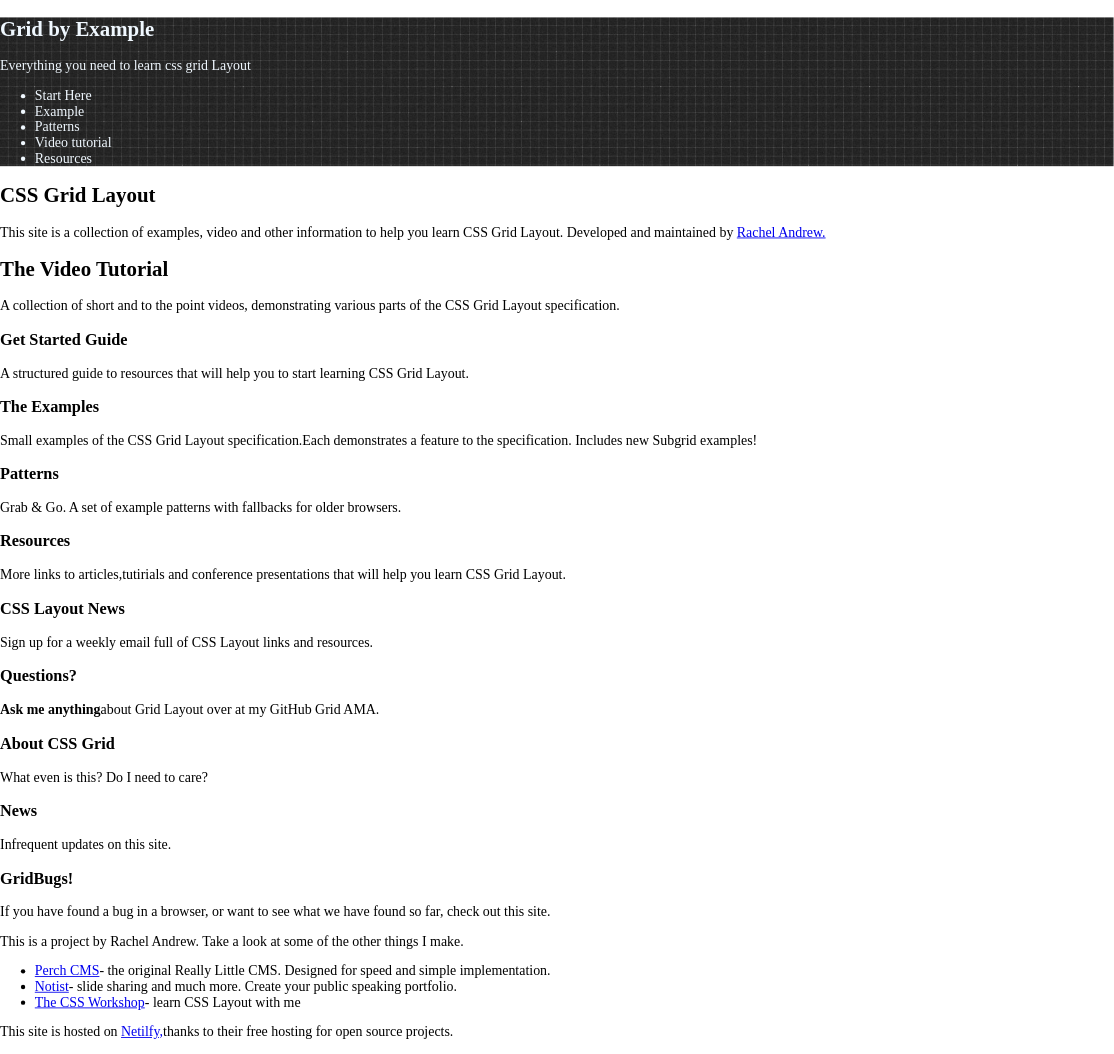
Repository: sitikhusushan/grid
Page: index.html
An editor plug-in stored every save of this project. The page is shown before and after the next save, followed by the edit.
The browser window is 1280 px wide. The pictures show the whole page, at 87% of full size.

Above is the page before, as saved 2020-05-12 13:58:25.

### index.html
<!DOCTYPE html>
<html lang="en">
  <head>
    <meta charset="UTF-8" />
    <meta name="viewport" content="width=device-width, initial-scale=1.0" />
    <title>Grid View</title>
    <link rel="stylesheet" href="style.css" />
  </head>
  <body>
    <div class="header">
      <div class="container">
        <h2>Grid by Example</h2>
        <p>Everything you need to learn css grid Layout</p>
        <ul>
          <li>Start Here</li>
          <li>Example</li>
          <li>Patterns</li>
          <li>Video tutorial</li>
          <li>Resources</li>
        </ul>
      </div>
    </div>
    <div class="layout">
      <div class="container">
        <div class="left">
          <h2>CSS Grid Layout</h2>
          <p>
            This site is a collection of examples, video and other information
            to help you learn CSS Grid Layout. Developed and maintained by
            <a href="#">Rachel Andrew.</a>
          </p>
        </div>
        <div class="right">
          <h2>The Video Tutorial</h2>
          <p>
            A collection of short and to the point videos, demonstrating various
            parts of the CSS Grid Layout specification.
          </p>
        </div>
      </div>
    </div>
    <div class="guide">
      <div class="container">
        <h3>Get Started Guide</h3>
        <p>
          A structured guide to resources that will help you to start learning
          CSS Grid Layout.
        </p>
      </div>
    </div>
    <div class="new">
      <div class="container">
        <div class="left">
          <h3>The Examples</h3>
          <p>
            Small examples of the CSS Grid Layout specification.Each
            demonstrates a feature to the specification. Includes new Subgrid
            examples!
          </p>
        </div>
        <div class="right">
          <h3>Patterns</h3>
          <p>
            Grab & Go. A set of example patterns with fallbacks for older
            browsers.
          </p>
        </div>
      </div>
    </div>
    <div class="resources">
      <div class="container">
        <div class="left">
          <h3>Resources</h3>
          <p>
            More links to articles,tutirials and conference presentations that
            will help you learn CSS Grid Layout.
          </p>
        </div>
        <div class="right">
          <h3>CSS Layout News</h3>
          <p>
            Sign up for a weekly email full of CSS Layout links and resources.
          </p>
        </div>
      </div>
    </div>
    <div class="question">
      <div class="container">
        <div class="left">
          <h3>Questions?</h3>
          <p>
            <b>Ask me anything</b>about Grid Layout over at my GitHub Grid AMA.
          </p>
        </div>
        <div class="middle">
          <h3>About CSS Grid</h3>
          <p>What even is this? Do I need to care?</p>
        </div>
        <div class="right">
          <h3>News</h3>
          <p>Infrequent updates on this site.</p>
        </div>
      </div>
    </div>
    <div class="bugs">
      <div class="container">
        <h3>GridBugs!</h3>
        <p>
          If you have found a bug in a browser, or want to see what we have
          found so far, check out this site.
        </p>
      </div>
    </div>
  <footer>
    <div class="foo">
      <p>This is a project by Rachel Andrew. Take a look at some of the other things I make.
        <ul>
          <li><a href="#">Perch CMS</a>- the original Really Little CMS. Designed for speed and simple implementation.</li>
          <li><a href="#">Notist</a>- slide sharing and much more. Create your public speaking portfolio.</li>
          <li><a href="#">The CSS Workshop</a>- learn CSS Layout with me</li>
        </ul>
        This site is hosted on <a href="#">Netilfy,</a>thanks to their free hosting for open source projects.
      </p>
    </div>
  </footer>
  </body>
</html>

### style.css
body {
  padding: 0px;
  margin: 0px;
}

.header {
  background-image: url("image/inflicted.png");
  color: aliceblue;
}

After the next save:
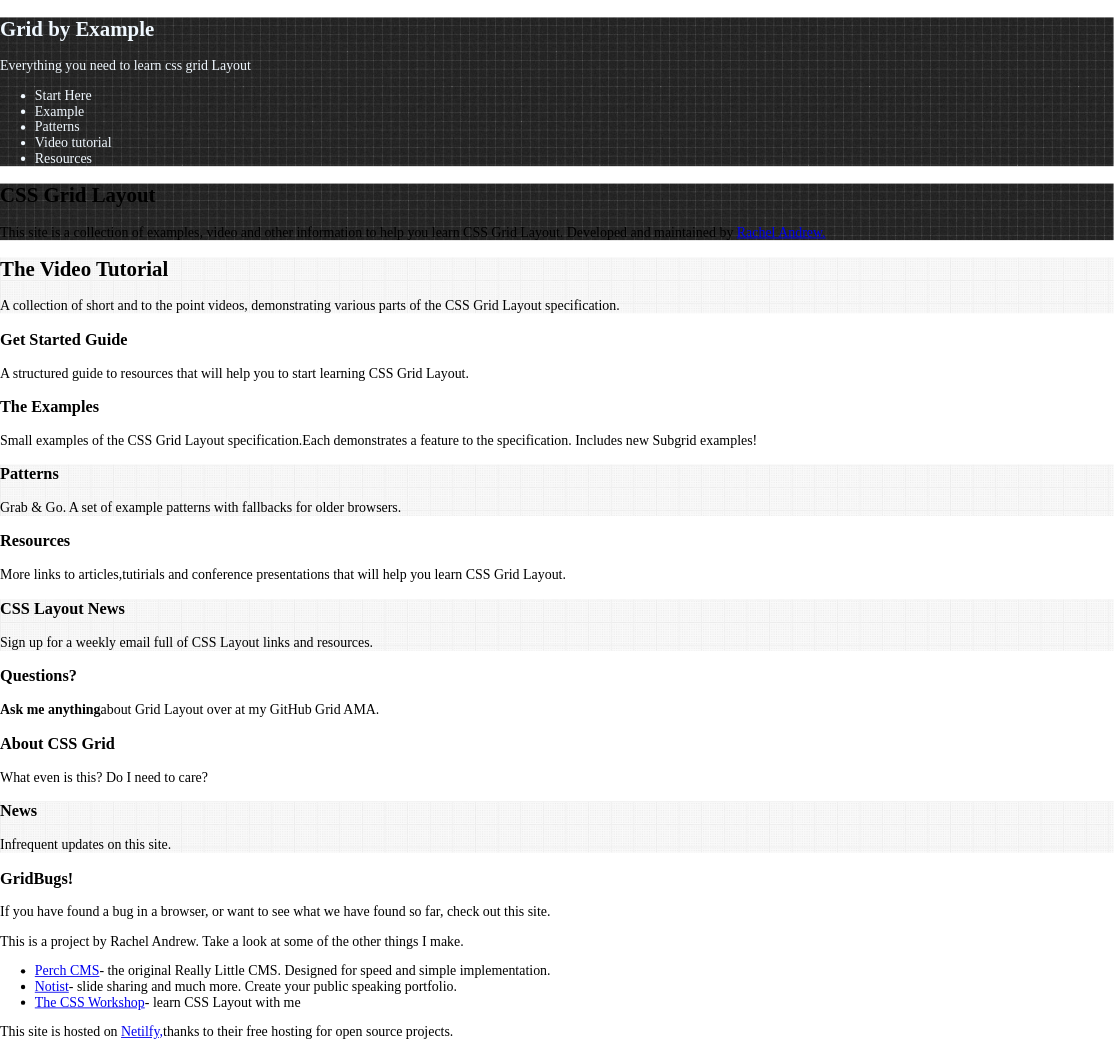
Saved 5 min 38 s later.
--- a/style.css
+++ b/style.css
@@ -7,3 +7,11 @@ body {
   background-image: url("image/inflicted.png");
   color: aliceblue;
 }
+
+.layout .left {
+  background-image: url("image/inflicted.png");
+}
+
+.right {
+  background-image: url("image/tiny_grid.png");
+}
